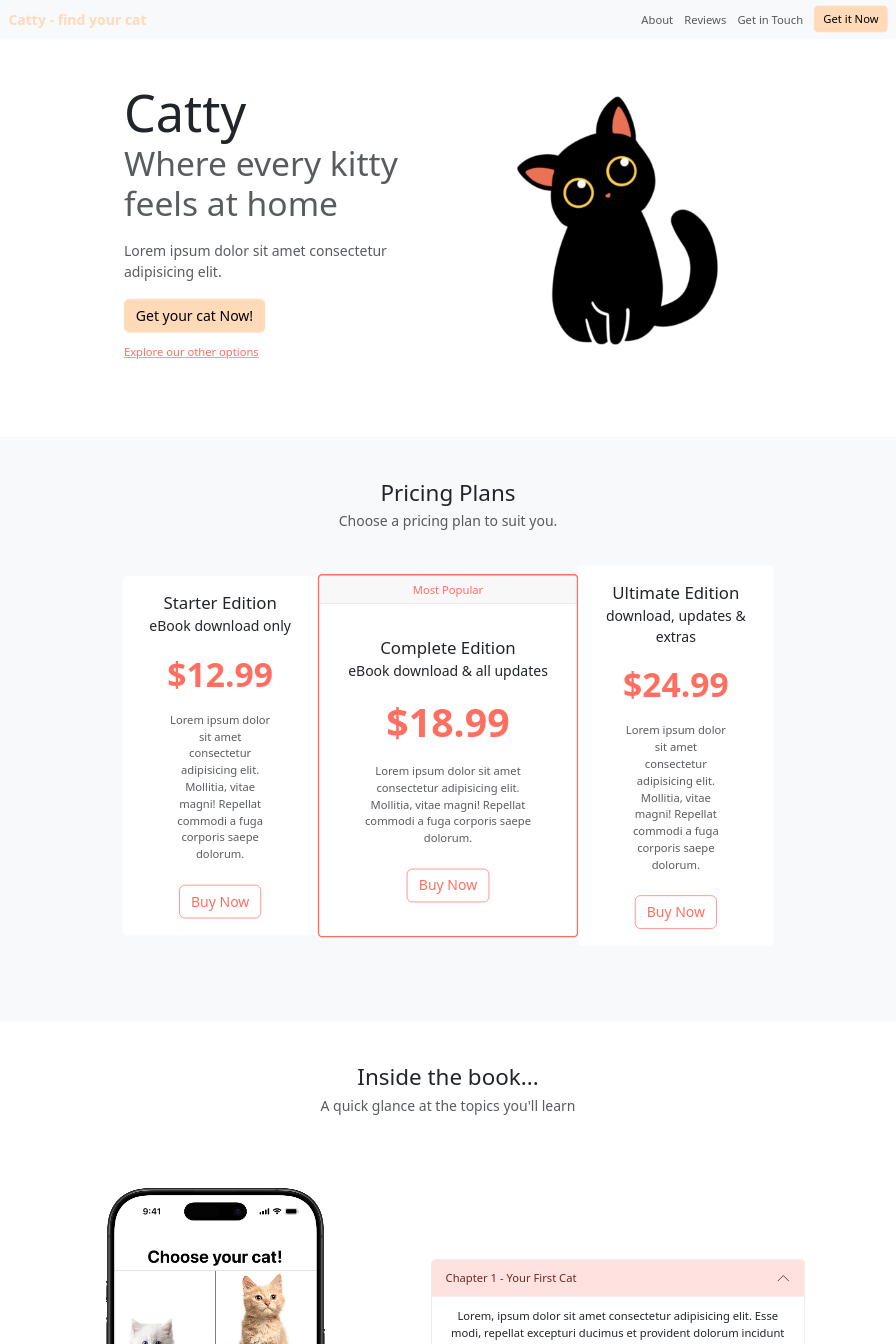
Repository: rihebtlh/catty-storefront
Page: index.html
The author's editor kept a copy of each file at every save. The page is drawn from the files as they stood at one save, then again after the next save.
The browser window is 1280 px wide. The pictures show the part of the page from y = 0 to 1920 px (the page is 4528 px tall), at 70% of full size.
The style sheet was rebuilt from its Sass, Less or Tailwind sources for each picture, by a compiler version that may differ from the author's.

Above is the page before, as saved 2025-06-23 19:04:14.

After the next save:
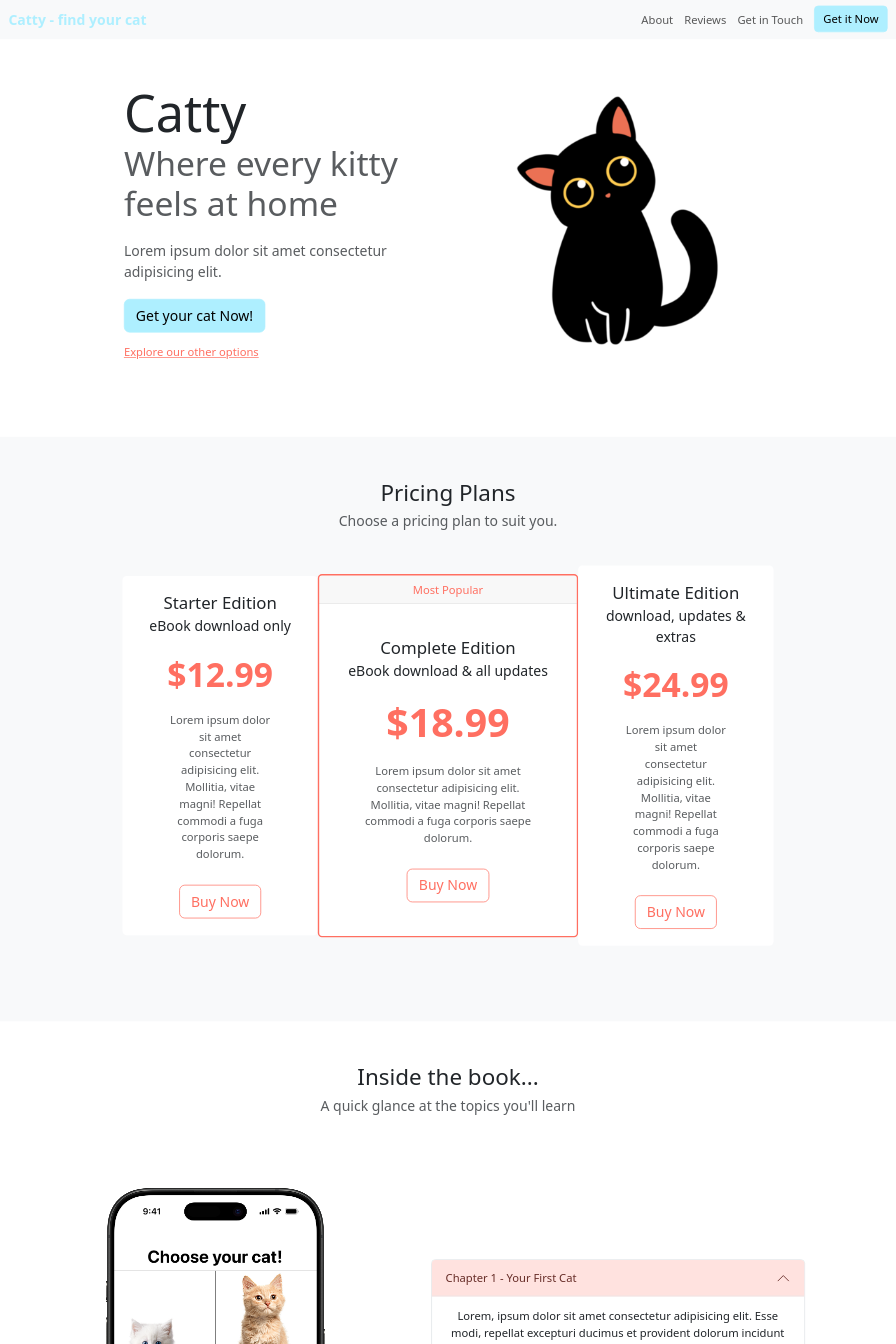
Saved 14 s later.
--- a/sass/main.scss
+++ b/sass/main.scss
@@ -1,5 +1,5 @@
 //custom variables
 $primary: #FF6F61;
-$secondary: #FFDAB9;
+$secondary: #AEEFFF;
 //import bootstrap
 @import '../node_modules/bootstrap/scss/bootstrap';
